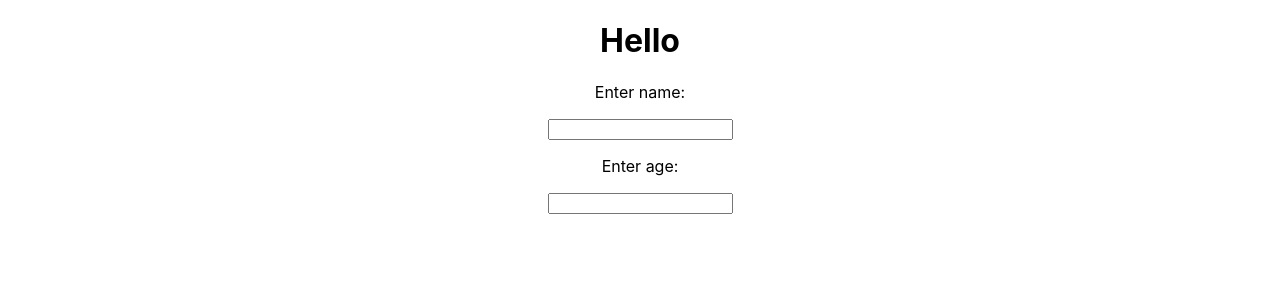
Repository: khoibanh113/reactBT
Page: / (app in Test/test11/)
These files come from the project's save history. The page is drawn as it stood at one moment and after the next save; the edit follows.
The browser window is 1280 px wide. The pictures show the whole page.
The project was rebuilt for these pictures with package versions that can differ from the ones it lists, and the page was loaded fresh each time.

Above is the page before, as saved 2021-01-20 09:44:20.

After the next save:
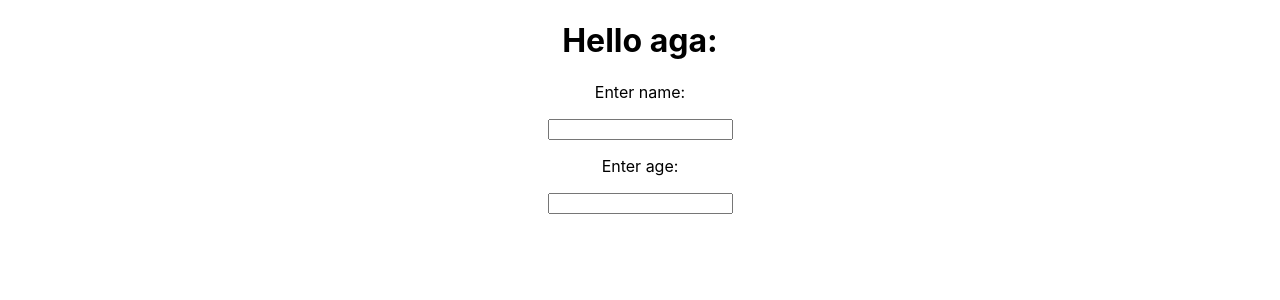
Saved 8 s later.
--- a/Test/test11/src/components/Test.js
+++ b/Test/test11/src/components/Test.js
@@ -23,7 +23,7 @@ class Test extends React.Component{
     render(){
         return(
             <form>
-                <h1>Hello {this.state.username} {this.state.age}</h1>
+                <h1>Hello {this.state.username} aga: {this.state.age}</h1>
                 <p>Enter name:</p>
                 <input
                     type="text"
